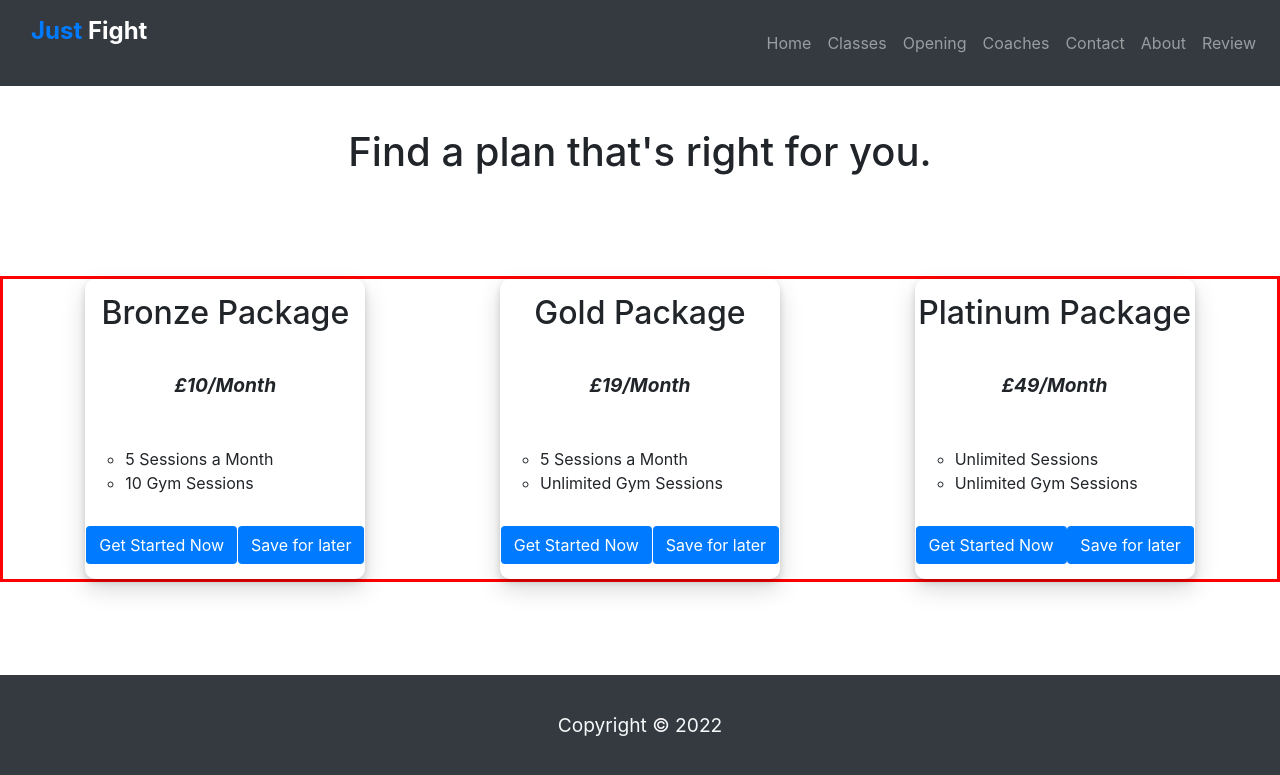
Repository: IonPara/Just-Fight
Page: plans.html
An editor plug-in stored every save of this project. The page is shown before and after the next save, followed by the edit.
The browser window is 1280 px wide. The pictures show the whole page.
Some web libraries are served in a nearby version.

Above is the page before, as saved 2023-03-13 16:32:55.

After the next save:
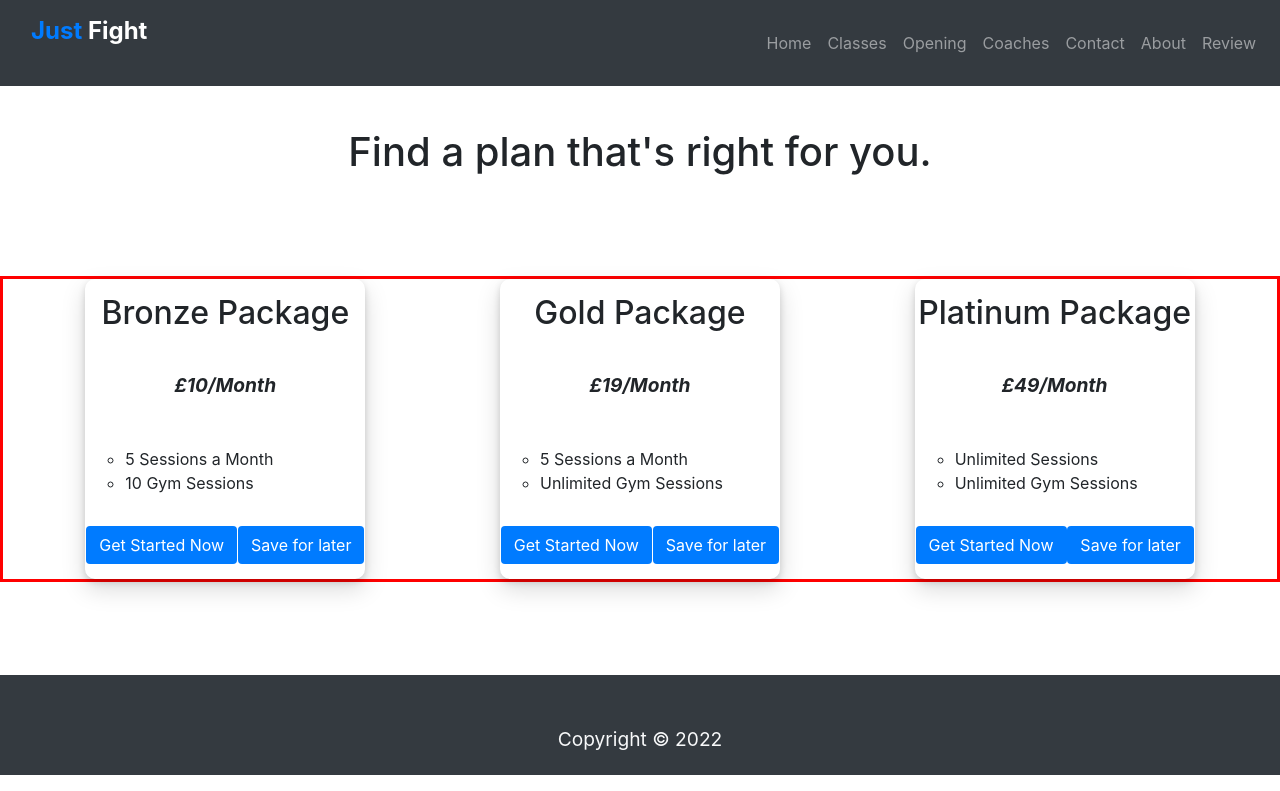
Saved 18 s later.
--- a/Styles/plans.css
+++ b/Styles/plans.css
@@ -52,8 +52,7 @@ h2 {
 /*----------------- Footer---------------------- */
 footer p {
   position: relative;
-  padding: 5vh 0;
-  margin-bottom: 0;
+  padding: 50px;
   font-size: larger;
   height: 100px;
 }
